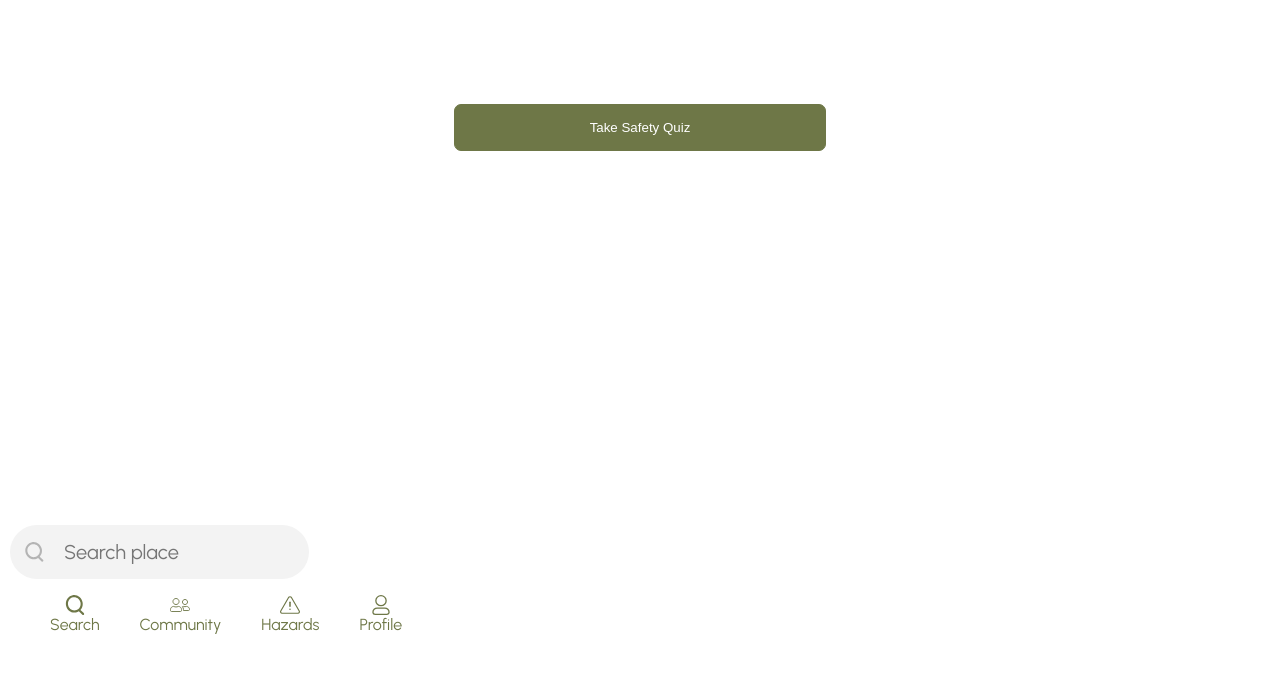
Repository: Aladdin3r/SafeCycle
Page: /
An editor plug-in stored every save of this project. The page is shown before and after the next save, followed by the edit.
The browser window is 1280 px wide. The pictures show the whole page.
The project was rebuilt for these pictures with package versions that can differ from the ones it lists, and the page was loaded fresh each time. The framework's server and built-in components were replaced by stand-ins that run in the browser.

Above is the page before, as saved 2024-04-15 13:00:26.

### pages/index.js
import Head from "next/head";
import styles from "@/styles/Home.module.css";
import Link from 'next/link'
import NavBar from "@/components/NavBar";


export default function Home() {
  return (
    <>
      <Head>
        <title>SafeCycle</title>
        <meta name="description" content="Home Page" />
        <meta name="viewport" content="width=device-width, initial-scale=1" />
        <link rel="icon" href="/favicon3.png" />
      </Head>
      <main className={`${styles.main}`}>

        <Link href="/quiz/questionOne">
          <button  className={styles.button}>Take Safety Quiz</button>
        </Link>
        <NavBar />
      </main>
    </>
  );
}

### styles/globals.css
@import url('https://fonts.googleapis.com/css2?family=Urbanist:wght@300;400;500;600&display=swap');

:root {
  --grey: #F3F3F3;
  --light-grey: #B4B4B4;
  --button-color: #6e7747;
  --button-color-hover: #4d5527;
  --correct: #008000;
  font-family: 'Urbanist', sans-serif;
}

### styles/Home.module.css
.main {
  display: flex;
  flex-direction: column;
  justify-content: space-between;
  align-items: center;
  padding: 6rem;
  min-height: 20vh;
}

.button {
  width: 372px;
  height: 47px;
  background-color: var(--button-color);
  color: white;
  border: 1.5px solid var(--button-color);
  border-radius: 7px;
}
.button:hover{
  width: 372px;
  height: 47px;
  background-color: var(--button-color-hover);
  color: white;
  border: 1.5px solid var(--button-color-hover);
  border-radius: 7px;
}

### components/NavBar/index.js
import nextConfig from '@/next.config.mjs'
import styles from './NavBar.module.css'
import Image from 'next/image'

export default function NavBar() {
    return(
        <div className={`${styles.container} ${styles.navigation}`}>
            <div className={styles.navigation}>
                <form>
                    <div className={styles.search}>
                        <Image className={styles.searchIcon} src="./icons/search.svg" width={20} height={20} />
                        <input className={styles.searchInput} type="search" placeholder='Search place'></input>
                    </div>
                </form>
                <ul>
                    <li className={styles.list}>
                        <Image src="./icons/searchgreen.svg" width={20} height={20} />
                        <a>Search</a>
                    </li>
                    <li className={styles.list}>
                        <Image src="./icons/community.svg" width={20} height={20} />
                        <a>Community</a>
                    </li>
                    <li className={styles.list}>
                        <Image src="./icons/hazard.svg" width={20} height={20} />
                        <a>Hazards</a>
                    </li>
                    <li className={styles.list}>
                        <Image src="./icons/profile.svg" width={20} height={20} />
                        <a>Profile</a>
                    </li>

                </ul>
            </div>
        </div>
    )
}

### components/NavBar/NavBar.module.css
.search {
    width: max-content;
    align-items: center;
    padding: 14px;
    border-radius: 28px;
    background-color: var(--grey);
    flex-grow: 1;
    display: flex;
}

.searchInput {
    background-color: var(--grey);
    border: none;
    font-size: 20px;
    color: var(--light-grey);
    font-family: 'Urbanist';
    flex-grow: 1;
}

.searchIcon {
    margin-right: 10px;
}

.container {
    display: flex;
    justify-content: end;
    align-items: center;
    position: fixed;
    bottom: 0;
    left: 0;
    width: 100%;
    background-color: white;
    padding: 10px;
}

.search {
    display: flex;
    flex-direction: row;
    gap: 0.5em;
}

.navigation {
    width: 100%; /* Ensure full width */
    max-width: 400px; /* Set maximum width for mobile */
    margin-bottom: 30px;
}

.navigation ul{
    display: flex;
    flex-direction: row;
    gap: 2.5em;
    list-style-type: none;
    background-color: white;
    color: var(--button-color);
}

.navigation li {
    display: flex;
    flex-direction: column;
    justify-content: center;
    align-items: center;
}

Loaded but not shown: pages/_app.js (common file); pages/_document.js (common file); next.config.mjs (common file)

After the next save:
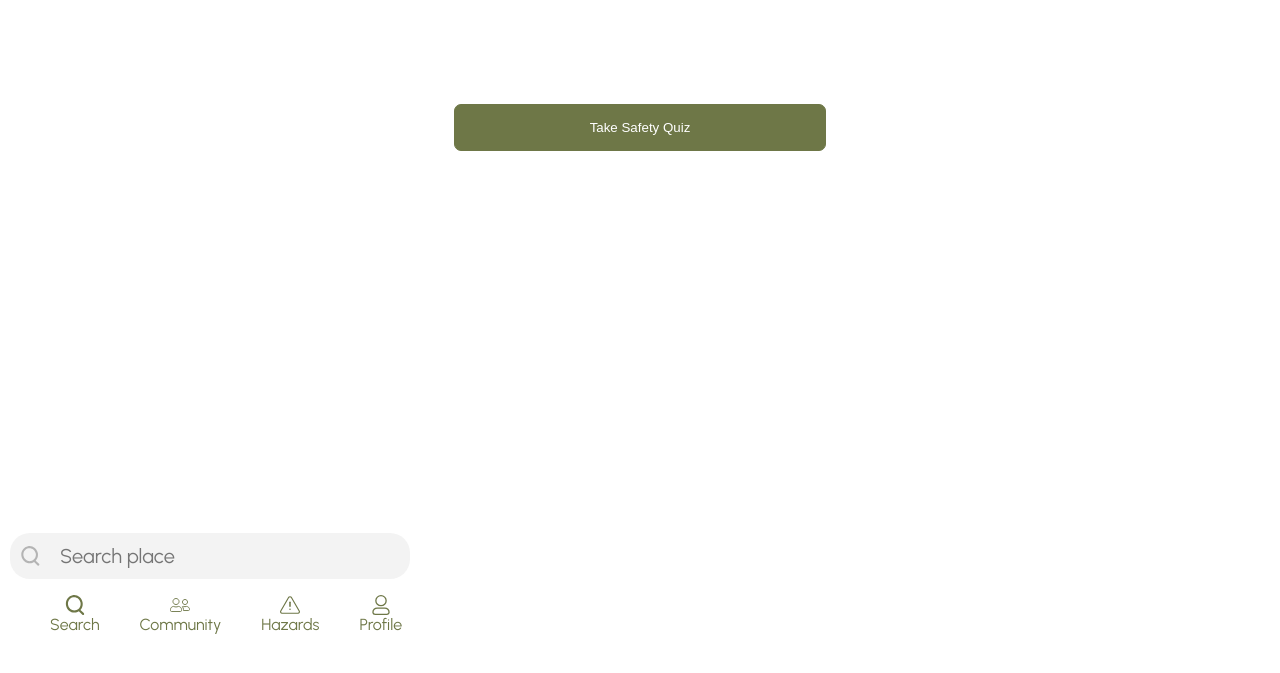
Saved 17 s later.
--- a/components/NavBar/NavBar.module.css
+++ b/components/NavBar/NavBar.module.css
@@ -1,11 +1,11 @@
 .search {
-    width: max-content;
+    flex-grow: 1; /* Take up remaining space */
+    display: flex;
+    justify-content: center; /* Center horizontally */
     align-items: center;
-    padding: 14px;
-    border-radius: 28px;
+    padding: 10px;
+    border-radius: 20px;
     background-color: var(--grey);
-    flex-grow: 1;
-    display: flex;
 }
 
 .searchInput {
